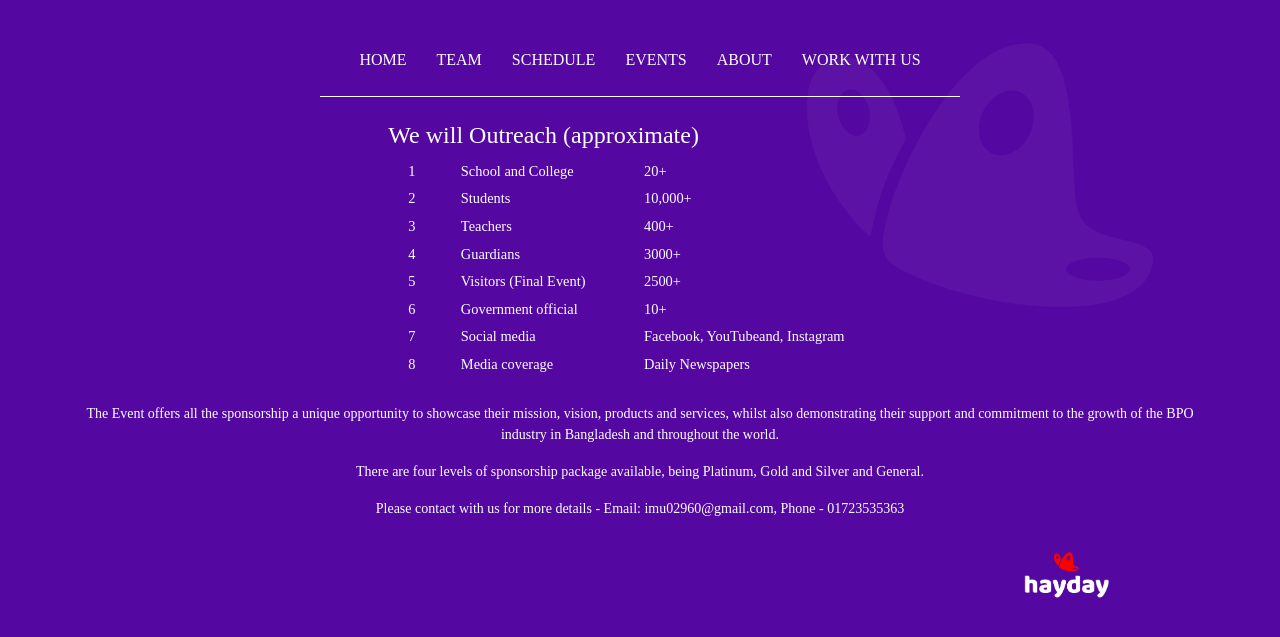
Repository: im1971/company-web
Page: workWithUs.html
These files come from the project's save history. The page is drawn as it stood at one moment and after the next save; the edit follows.
The browser window is 1280 px wide. The pictures show the whole page.
Some web fonts or font styles are not loaded; a fallback is used.

Above is the page before, as saved 2020-01-27 10:27:44.

### workWithUs.html
<!DOCTYPE html>
<html>

<head>
    <title>hayday</title>
    <link rel="shortcut icon" type="img/x-icon" href="img/fav.png" />
    <link rel="stylesheet" href="css/mdb.min.css">
    <link rel="stylesheet" href="css/bootstrap.min.css">
    <link rel="stylesheet" href="css/fontawesome.min.css">
    <link rel="stylesheet" href="css/all.min.css">
    <link rel="stylesheet" href="css/style.css">
    <!-- fonts -->
    <link href="https://fonts.googleapis.com/css?family=Baloo+Bhai&display=swap" rel="stylesheet">
    <!-- fonts -->

</head>

<body>

    <div class="wrap_hayday">
        <div class="back_img"></div>
        <div class="container-fluid">
            <div class="row justify-content-center pb-4">
                <div class="col-md-12">
                    <nav class="navbar navbar-expand-lg">
                        <button class="navbar-toggler" type="button" data-toggle="collapse" data-target="#navbarSupportedContent" aria-controls="navbarSupportedContent" aria-expanded="false" aria-label="Toggle navigation">
                          <span class="navbar-toggler-icon"></span>
                        </button>

                        <div class="collapse navbar-collapse" id="navbarSupportedContent">
                            <ul class="navbar-nav m-auto text-uppercase">
                                <li class="nav-item active">
                                    <a class="nav-link" href="index.html">Home</a>
                                </li>
                                <li class="nav-item">
                                    <a class="nav-link" href="team.html">Team</a>
                                </li>
                                <li class="nav-item">
                                    <a class="nav-link" href="#">SCHEDULE</a>
                                </li>
                                <li class="nav-item">
                                    <a class="nav-link" href="#">Events</a>
                                </li>
                                <li class="nav-item">
                                    <a class="nav-link" href="about.html">About</a>
                                </li>
                                <li class="nav-item">
                                    <a class="nav-link" href="workWithUs.html">Work With us</a>
                                </li>
                            </ul>
                        </div>
                    </nav>
                </div>
                <div class="col-md-6 border_deco pt-3"></div>
            </div>
            <!-- <div class="container"> -->
            <div class="row justify-content-center">
                <div class="col-md-5 outreach">
                    <h4>We will Outreach (approximate)</h4>
                    <div class="table-responsive table-sm">
                        <table class="table">
                            <tbody>
                                <tr>
                                    <td>1</td>
                                    <td>School and College</td>
                                    <td>20+</td>
                                </tr>
                                <tr>
                                    <td>2</td>
                                    <td>Students</td>
                                    <td>10,000+</td>
                                </tr>
                                <tr>
                                    <td>3</td>
                                    <td>Teachers</td>
                                    <td>400+</td>
                                </tr>
                                <tr>
                                    <td>4</td>
                                    <td>Guardians</td>
                                    <td>3000+</td>
                                </tr>
                                <tr>
                                    <td>5</td>
                                    <td>Visitors (Final Event)</td>
                                    <td>2500+</td>
                                </tr>
                                <tr>
                                    <td>6</td>
                                    <td>Government official</td>
                                    <td>10+</td>
                                </tr>
                                <tr>
                                    <td>7</td>
                                    <td>Social media</td>
                                    <td>Facebook, YouTubeand, Instagram</td>
                                </tr>
                                <tr>
                                    <td>8</td>
                                    <td>Media coverage</td>
                                    <td>Daily Newspapers</td>
                                </tr>
                            </tbody>
                        </table>
                    </div>
                </div>
            </div>
            <div class="container">
                <div class="row justify-content-center sponsor_footer mt-2">
                    <div class="col-md-12 text-center">
                        <p>
                            The Event offers all the sponsorship a unique opportunity to showcase their mission, vision, products and services, whilst also demonstrating their support and commitment to the growth of the BPO industry in Bangladesh and throughout the world.
                        </p>
                        <p> There are four levels of sponsorship package available, being Platinum, Gold and Silver and General.</p>
                        <p> Please contact with us for more details - Email: imu02960@gmail.com, Phone - 01723535363 </p>
                    </div>
                </div>
            </div>
            <!-- </div> -->
            <div class="row justify-content-end my-3">
                <div class="col-md-4 m-autp">
                    <div class="middle_body">
                        <div class="logo">
                            <img src="img/logo.png" alt="" style="height: 50px">
                        </div>
                        <!-- <p>Read about our Inspiration</p> -->
                    </div>
                </div>
            </div>
        </div>
    </div>
    </div>



    <!-- <script src="https://code.jquery.com/jquery-3.4.1.slim.min.js" integrity="sha384-J6qa4849blE2+poT4WnyKhv5vZF5SrPo0iEjwBvKU7imGFAV0wwj1yYfoRSJoZ+n" crossorigin="anonymous"></script>
    <script src="https://cdn.jsdelivr.net/npm/popper.js@1.16.0/dist/umd/popper.min.js" integrity="sha384-Q6E9RHvbIyZFJoft+2mJbHaEWldlvI9IOYy5n3zV9zzTtmI3UksdQRVvoxMfooAo" crossorigin="anonymous"></script>
    <script src="https://stackpath.bootstrapcdn.com/bootstrap/4.4.1/js/bootstrap.min.js" integrity="sha384-wfSDF2E50Y2D1uUdj0O3uMBJnjuUD4Ih7YwaYd1iqfktj0Uod8GCExl3Og8ifwB6" crossorigin="anonymous"></script> -->

    <script type="text/javascript" src="js/jquery.min.js"></script>
    <!-- Bootstrap tooltips -->
    <script type="text/javascript" src="js/popper.min.js"></script>
    <!-- Bootstrap core JavaScript -->
    <script type="text/javascript" src="js/bootstrap.min.js"></script>
    <!-- MDB core JavaScript -->
    <script type="text/javascript" src="js/mdb.min.js"></script>


</body>

</html>

### css/style.css
body {
    padding: 0;
    margin: 0;
    background: #5407A1 !important;
    color: #fff !important;
    font-family: 'Baloo Bhai', cursive;
    position: relative;
}


/* global */

html {
    overflow: scroll;
    overflow-x: hidden;
}

::-webkit-scrollbar {
    width: 0px;
    /* Remove scrollbar space */
    background: transparent;
    /* Optional: just make scrollbar invisible */
}


/* Optional: show position indicator in red */

::-webkit-scrollbar-thumb {
    background: #FF0000;
}


/* global */

.back_img {
    background-image: url(../img/back.png);
    height: 350px;
    width: 600px;
    position: absolute;
    background-position: center center;
    background-size: cover;
    opacity: 5%;
    /* top: 30%; */
    right: 0;
}


/* header */

.wrap_hayday .navbar {
    box-shadow: none;
}

.wrap_hayday .container-fluid {
    min-height: 100vh;
}

.wrap_hayday nav .nav-link {
    padding-right: 15px !important;
    padding-left: 15px !important;
    color: #fff;
    font-family: 'Baloo Bhai', cursive;
}

.wrap_hayday .border_deco {
    border-bottom: .25px solid #fff;
}

.wrap_hayday nav .nav-link:hover {
    color: #FF0000;
    transition-duration: 0.5s;
}

.wrap_hayday .navbar {
    padding: 40px;
    padding-bottom: 0;
}


/* header */


/* middle body */

.wrap_hayday .middle_body {
    text-align: center;
}

.wrap_hayday .middle_body .logo img {
    /* background-image: url(logo.png); */
    height: 100px;
}

.wrap_hayday .others_page_middle {
    text-align: center;
    position: absolute;
    right: 30px;
    bottom: 0;
}

.wrap_hayday .others_page_middle img {
    height: 70px;
}


/* middle body */


/* footer-body */

.myprogress {
    min-width: 100%;
    margin: 0px auto;
    text-align: center;
}

.myprogress .circle {
    display: inline-block;
    background: #fff;
    width: 50px;
    height: 50px;
    border-radius: 80px;
    border: 1px solid #d5d5da;
    cursor: pointer;
}

.myprogress .circle:hover {
    background: #FF0000;
    color: #5407A1;
    transition-duration: 0.5s;
}

.myprogress .bar {
    position: relative;
    width: 100px;
    padding-right: 15px;
    font-family: none;
    /* height: 2px; */
    /* top: 10px; */
    /* border: 0px solid #fff; */
}

.myprogress .circle .label {
    display: inline-block;
    width: 40px;
    height: 40px;
    line-height: 30px;
    border-radius: 40px;
    font-size: 24px;
}

.myprogress .circle .title {
    color: #5407A1;
    font-size: 24px;
    line-height: 50px;
    cursor: pointer;
}

.myprogress .circle .title:hover {
    color: #fff;
}

.myprogress i {
    font-size: 11px;
}

.myprogress .abc {
    animation: pulse 1s infinite;
    color: #FF0000;
}

.myprogress .pulse {
    -webkit-animation-duration: 3s;
    -webkit-animation-delay: 2s;
    -webkit-animation-iteration-count: 5;
}


/* footer-body */


/* about hayday */

.accordion .card-header {
    padding: 0;
    background: #5407A1;
    margin-bottom: 0;
}

.accordion .card-header .btn-link {
    color: #fff;
    padding: 0;
}

.accordion .card {
    border: none;
    border-radius: 0;
}

.accordion i {
    position: absolute;
    right: 10px;
    top: 5px;
}

.accordion p {
    color: #000;
    font-family: serif;
    font-size: 15px;
}

.accordion h4 {
    color: #000;
    font-family: serif;
    font-weight: 700 !important;
    font-size: 22px;
}


/* about hayday */


/* work with us */

.outreach table.table th,
table.table td {
    padding: 3px 20px;
    color: #fff;
    border: none;
    font-family: auto;
}


/* work with us */


/* team */

.team .team_image {
    background-image: url(../img/team/team-back.jpg);
    height: 400px;
    background-position: center center;
    background-size: cover;
}

.team .grid {
    padding-left: 0;
    padding-right: 0;
}


/* team */

.sponsor_footer p {
    font-family: auto;
    font-size: 14px;
}

Loaded but not shown: css/mdb.min.css (library); css/bootstrap.min.css (library); css/fontawesome.min.css (library); css/all.min.css (library); js/jquery.min.js (library); js/popper.min.js (library); js/bootstrap.min.js (library); js/mdb.min.js (library)

After the next save:
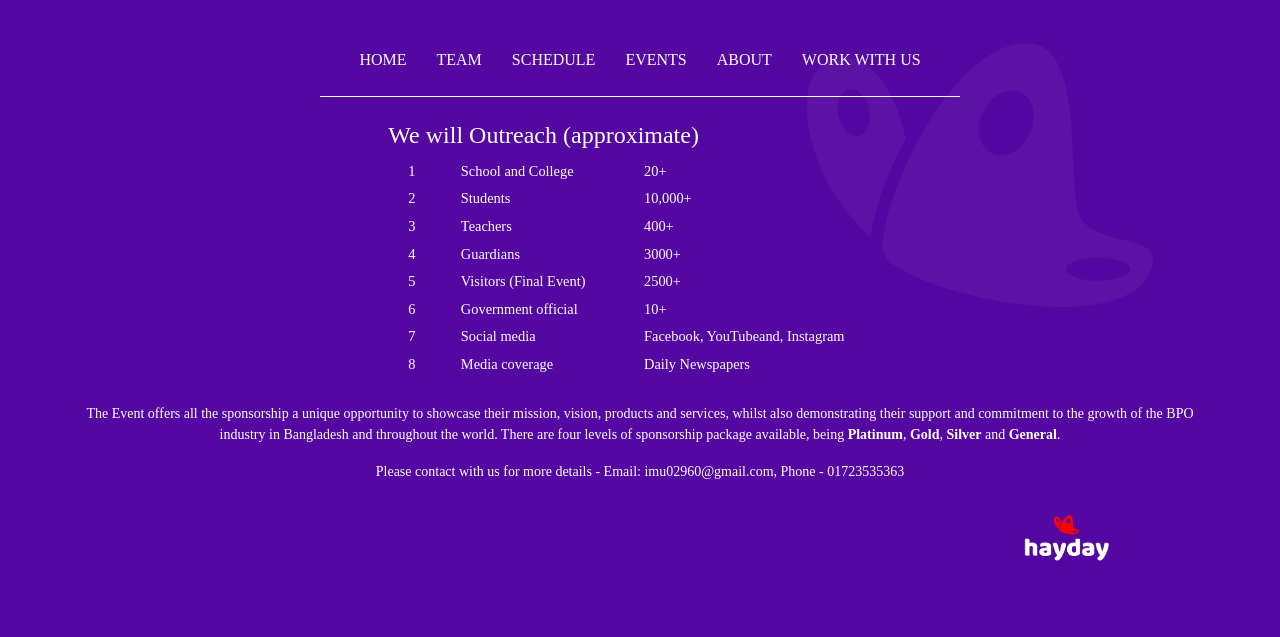
Saved 81 s later.
--- a/workWithUs.html
+++ b/workWithUs.html
@@ -109,9 +109,9 @@
                 <div class="row justify-content-center sponsor_footer mt-2">
                     <div class="col-md-12 text-center">
                         <p>
-                            The Event offers all the sponsorship a unique opportunity to showcase their mission, vision, products and services, whilst also demonstrating their support and commitment to the growth of the BPO industry in Bangladesh and throughout the world.
+                            The Event offers all the sponsorship a unique opportunity to showcase their mission, vision, products and services, whilst also demonstrating their support and commitment to the growth of the BPO industry in Bangladesh and throughout the world. There
+                            are four levels of sponsorship package available, being <b> Platinum</b>,<b> Gold</b>, <b>Silver</b> and <b>General</b>.
                         </p>
-                        <p> There are four levels of sponsorship package available, being Platinum, Gold and Silver and General.</p>
                         <p> Please contact with us for more details - Email: imu02960@gmail.com, Phone - 01723535363 </p>
                     </div>
                 </div>
